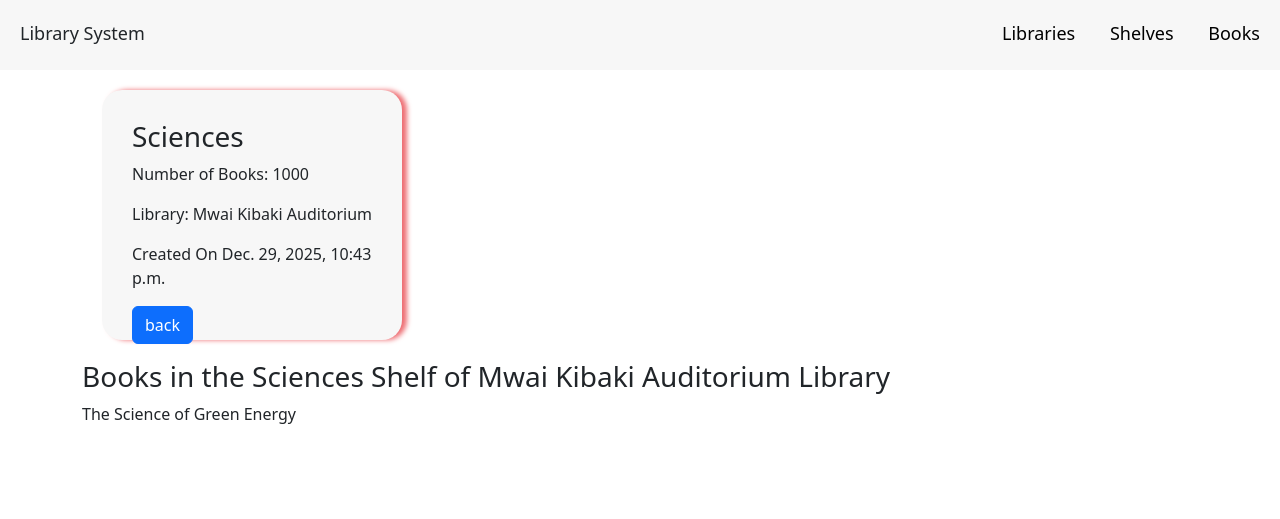
Repository: Mbote-Joseph/Library-Shelves-Books-Managements
Page: http://localhost/shelf-details/1
These files come from the project's save history. The page is drawn as it stood at one moment and after the next save; the edit follows.
The browser window is 1280 px wide. The pictures show the whole page.
The page is served by the project's application, run on Django 5.2 (manage.py). Other server files are loaded and not shown. The page reads the database file committed with the project.

Above is the page before, as saved 2026-01-01 20:43:27.

### books/templates/books/shelf_detailview.html
{% extends "base.html" %}

{% block title %}
    {{shelf.name}}
{% endblock %}


{% block content %}
<div class="container">
    <div class="shelf">
            <h3> {{shelf.label}} </h3>
            <p> Number of Books:  {{shelf.books_capacity}} </p>
            <p> Library:  {{shelf.library.name}} </p>
            <p> Created On {{shelf.created_on}} </p>
            <a class="btn btn-primary" href="{% url 'shelves' %}"> back  </a>
        </div>

        {% if books %}
        <h3> Books in the {{shelf.label}} Shelf of {{shelf.library.name }} Library </h3>
            {% for book in books %}
            <p> {{book.title}} </p>

            {% endfor %}

        {% else %}
            <p> No books in the {{shelf.label }} of {{shelf.library.name}} </p>
        {% endif %}

</div>
{% endblock %}

### static/templates/base.html
{% load static %}
<!doctype html>
<html lang="en">
  <head>
    <meta charset="utf-8">
    <meta name="viewport" content="width=device-width, initial-scale=1">
    <title>
        {% block title %}

        {% endblock %}
    </title>
    <link href="https://cdn.jsdelivr.net/npm/bootstrap@5.3.8/dist/css/bootstrap.min.css" rel="stylesheet" integrity="sha384-sRIl4kxILFvY47J16cr9ZwB07vP4J8+LH7qKQnuqkuIAvNWLzeN8tE5YBujZqJLB" crossorigin="anonymous">
    <link rel="stylesheet" type='text/css' href="{% static 'css/styles.css' %}">
  </head>
  <body>
    <nav class="nav">
      <span> Library System </span>
      <span>
        <ul>
          <a href="{% url 'libraries' %}"> Libraries </a>
          <a href="{% url 'shelves' %}"> Shelves </a>
          <a href="{% url 'books' %}"> Books </a>
        </ul>
      </span>

    </nav>

    {% block content %}

    {% endblock %}


    <script src="https://cdn.jsdelivr.net/npm/bootstrap@5.3.8/dist/js/bootstrap.bundle.min.js" integrity="sha384-FKyoEForCGlyvwx9Hj09JcYn3nv7wiPVlz7YYwJrWVcXK/BmnVDxM+D2scQbITxI" crossorigin="anonymous"></script>
  </body>
</html>

### books/models.py
from django.db import models

# Create your models here.
class Library(models.Model):
    name = models.CharField(max_length=50)
    students_capacity = models.IntegerField()
    location = models.CharField(max_length=100)
    created_on = models.DateTimeField(auto_now_add=True)

    def __str__(self):
        return f"{self.name} - {self.location}"

class Shelf(models.Model):
    label = models.CharField(max_length=50)
    books_capacity = models.CharField()
    library = models.ForeignKey(Library, on_delete=models.CASCADE, related_name='shelves')
    created_on = models.DateTimeField(auto_now_add=True)

    def __str__(self):
        return f"{self.label} On {self.library} Library"

class Book(models.Model):
    title = models.CharField(max_length=100)
    author = models.CharField(max_length=100)
    isbn = models.CharField(max_length=10)
    description = models.TextField()
    is_published = models.BooleanField(default=False)
    is_new = models.BooleanField(default=False)
    shelf = models.ForeignKey(Shelf, on_delete=models.CASCADE, related_name='books')

    def __str__(self):
        return f"{self.title} By {self.author}"

### books/views.py
from django.shortcuts import render
from django.views.generic import ListView, DetailView, CreateView

from books.forms import  BookForm, LibraryForm, ShelfForm

from .models import Library, Shelf, Book

# Create your views here.
class LibraryListView(ListView):
    model = Library
    context_object_name = "libraries"
    queryset = Library.objects.all()
    template_name = 'books/library_view.html'

class ShelfListView(ListView):
    model = Shelf
    context_object_name = "shelves"
    queryset = Shelf.objects.all()
    template_name = 'books/shelf_view.html'


class BookListView(ListView):
    model = Book
    context_object_name = "books"
    queryset = Book.objects.all()
    template_name = 'books/book_view.html'

class LibraryDetailView(DetailView):
    model = Library
    context_object_name = 'library'
    template_name = "books/library_detailview.html"

    def get_context_data(self, **kwargs):
        context = super().get_context_data(**kwargs)
        context['shelves'] = self.object.shelves.all()
        return context

class ShelfDetailView(DetailView):
    model = Shelf
    context_object_name = 'shelf'
    template_name = 'books/shelf_detailview.html'

    def get_context_data(self, **kwargs):
        context = super().get_context_data(**kwargs)
        context['books'] = self.object.books.all()
        return context

class BookDetailView(DetailView):
    model = Book
    context_object_name = 'book'
    template_name = 'books/book_detailview.html'

class LibraryCreate(CreateView):
    model = Library
    context_object_name = 'library'
    form_class = LibraryForm
    http_method_names = ['get', 'post', 'put', 'patch', 'delete', 'head', 'options', 'trace']
    template_name = "books/library_form.html"
    success_url = 'libraries'


class ShelfCreate(CreateView):
    model = Shelf
    context_object_name = 'shelf'
    form_class = ShelfForm
    http_method_names = ['get', 'post', 'put', 'patch', 'delete', 'head', 'options', 'trace']
    template_name = "books/shelf_form.html"
    success_url = 'shelf'

class BookCreate(CreateView):
    model = Book
    form_class = BookForm
    context_object_name = 'book'
    http_method_names = ['get', 'post', 'put', 'patch', 'delete', 'head', 'options', 'trace']
    template_name = 'books/book_form.html'
    success_url = 'book'

### learn/urls.py
"""
URL configuration for learn project.

The `urlpatterns` list routes URLs to views. For more information please see:
    https://docs.djangoproject.com/en/6.0/topics/http/urls/
Examples:
Function views
    1. Add an import:  from my_app import views
    2. Add a URL to urlpatterns:  path('', views.home, name='home')
Class-based views
    1. Add an import:  from other_app.views import Home
    2. Add a URL to urlpatterns:  path('', Home.as_view(), name='home')
Including another URLconf
    1. Import the include() function: from django.urls import include, path
    2. Add a URL to urlpatterns:  path('blog/', include('blog.urls'))
"""
from django.contrib import admin
from django.urls import path, include

urlpatterns = [
    path('admin/', admin.site.urls),
    path('', include('books.urls'))
]

### books/urls.py
from django.urls import path

from books.views import BookCreate, BookDetailView, BookListView, LibraryDetailView, LibraryListView, ShelfCreate, ShelfDetailView, ShelfListView, LibraryCreate

urlpatterns = [
    path('', LibraryListView.as_view(), name = 'libraries'),
    path('libraries', LibraryListView.as_view(), name = 'libraries'),
    path('shelf', ShelfListView.as_view(), name = 'shelves'),
    path('book', BookListView.as_view(), name="books"),
    path("library-details/<int:pk>", LibraryDetailView.as_view(), name="library.details"),
    path('shelf-details/<int:pk>', ShelfDetailView.as_view(), name="shelf.details"),
    path("book-details/<int:pk>", BookDetailView.as_view(), name = "book.details"),
    path('library-create', LibraryCreate.as_view(), name="library.create"),
    path('shelf-create', ShelfCreate.as_view(), name="shelf.create"),
    path('book-create', BookCreate.as_view(), name="book.create"),
]

### static/css/styles.css
/**
 * Copyright 2025 josephmbote
 *
 * Licensed under the Apache License, Version 2.0 (the "License");
 * you may not use this file except in compliance with the License.
 * You may obtain a copy of the License at
 *
 *     https://www.apache.org/licenses/LICENSE-2.0
 *
 * Unless required by applicable law or agreed to in writing, software
 * distributed under the License is distributed on an "AS IS" BASIS,
 * WITHOUT WARRANTIES OR CONDITIONS OF ANY KIND, either express or implied.
 * See the License for the specific language governing permissions and
 * limitations under the License.
 */

.nav{
    left: 0;
    top: 0;
    width: 100%;
    background-color: #f7f7f7;
    font-size: large;
    font-style: 'Times New Roman';
    height: 70px;
    padding: 20px;
    display: flex;
    justify-content: space-between;
}
.nav a{
    margin-left: 30px;
    text-decoration: none;
    color: black;
}

.library {
    min-width: 300px;
    /* min-width: 200px; */
    height: 250px;
    /* max-height: 400px; */
    background-color: #f7f7f7;
    box-shadow: 5px 0 5px 0 #ee6e73;
    border: none;
    margin: 20px;
    padding: 30px;
    border-radius: 20px;
}

.cards{
    display: flex;
    flex-wrap: wrap;

}

.shelf {
    width: 300px;
    /* min-width: 200px; */
    height: 250px;
    /* max-height: 400px; */
    background-color: #f7f7f7;
    box-shadow: 5px 0 5px 0 #ee6e73;
    border: none;
    margin: 20px;
    padding: 30px;
    border-radius: 20px;
}

.book {
    width: 300px;
    /* min-width: 200px; */
    height: 300px;
    /* max-height: 400px; */
    background-color: #f7f7f7;
    box-shadow: 5px 0 5px 0 #ee6e73;
    border: none;
    margin: 20px;
    padding: 30px;
    border-radius: 20px;
}

### db.sqlite3 (the tables this page reads, as SQL)
CREATE TABLE "books_book" ("id" integer NOT NULL PRIMARY KEY AUTOINCREMENT, "title" varchar(100) NOT NULL, "author" varchar(100) NOT NULL, "isbn" varchar(10) NOT NULL, "description" text NOT NULL, "is_published" bool NOT NULL, "is_new" bool NOT NULL, "shelf_id" bigint NOT NULL REFERENCES "books_shelf" ("id") DEFERRABLE INITIALLY DEFERRED);
INSERT INTO "books_book" VALUES
(1, 'The Science of Green Energy', 'Joseph Mbote', 'qwe1234', 'The Book that describes how the world energy can be recycled', 1, 0, 1),
(2, 'Maths for Science', 'Audery Bii', 'MfS001', 'Mathematics for Science Volume 2 New Edition', 0, 0, 2),
(3, 'Gifted Hands', 'Ben Carson', 'BC001', 'The book that talk on the Gifts , Talents and Career', 0, 0, 3);

CREATE TABLE "books_library" ("id" integer NOT NULL PRIMARY KEY AUTOINCREMENT, "name" varchar(50) NOT NULL, "students_capacity" integer NOT NULL, "location" varchar(100) NOT NULL, "created_on" datetime NOT NULL);
INSERT INTO "books_library" VALUES
(1, 'Mwai Kibaki Auditorium', 100, 'Administration Block', '2025-12-29 22:41:55.696199'),
(2, 'Nelson Mandela Anex', 85, 'NSC', '2025-12-29 22:42:34.244470'),
(3, 'JM Kariuku Wing', 75, 'SCC Department', '2025-12-30 11:00:04.766333'),
(4, 'Joseph Mbote STEM Library', 56, 'Technology House', '2025-12-31 18:37:10.968556'),
(5, 'Computer Science Library', 50, 'SCC', '2025-12-31 18:39:11.248294'),
(6, 'Grade 1', 20, 'Nairobi Annex', '2025-12-31 18:41:43.779190');

CREATE TABLE "books_shelf" ("id" integer NOT NULL PRIMARY KEY AUTOINCREMENT, "label" varchar(50) NOT NULL, "books_capacity" varchar NOT NULL, "created_on" datetime NOT NULL, "library_id" bigint NOT NULL REFERENCES "books_library" ("id") DEFERRABLE INITIALLY DEFERRED);
INSERT INTO "books_shelf" VALUES
(1, 'Sciences', '1000', '2025-12-29 22:43:06.109364', 1),
(2, 'Maths', '500', '2025-12-30 11:05:21.466271', 3),
(3, 'Website for Emirati-heritage-artifact.rf.gd', '1000', '2025-12-31 18:53:06.133470', 1),
(4, 'Sciences', '1000', '2025-12-31 19:54:00.426027', 2),
(5, 'Sciences', '1000', '2025-12-31 19:54:25.057330', 2);

After the next save:
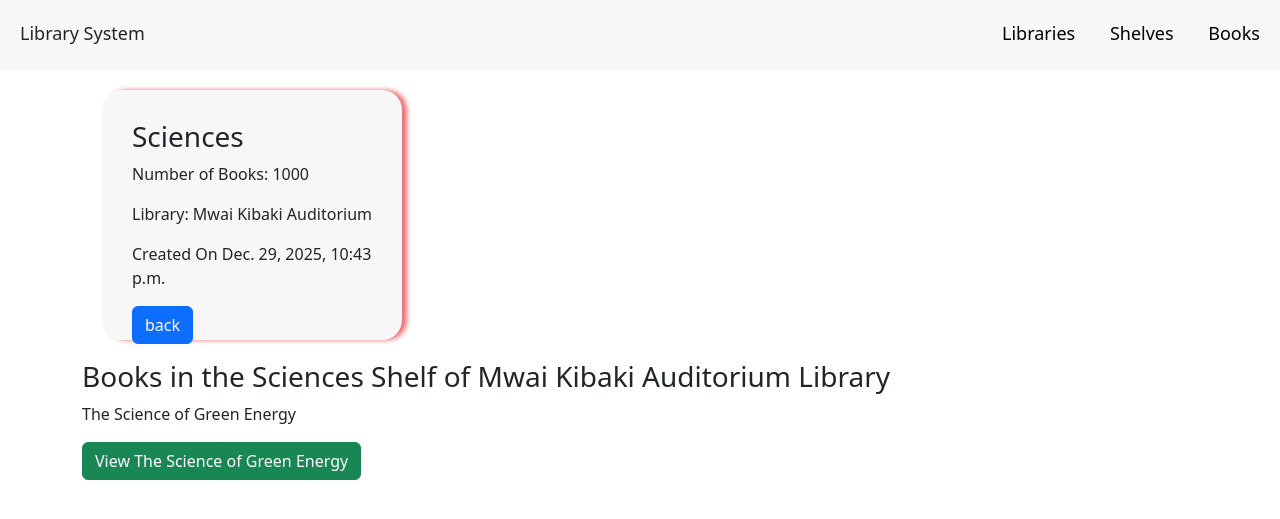
Saved 8 min 45 s later.
--- a/books/templates/books/shelf_detailview.html
+++ b/books/templates/books/shelf_detailview.html
@@ -19,7 +19,7 @@
         <h3> Books in the {{shelf.label}} Shelf of {{shelf.library.name }} Library </h3>
             {% for book in books %}
             <p> {{book.title}} </p>
-
+                <a href="{% url 'book.details' book.id %}" class="btn btn-success"> View {{book.title}} </a>
             {% endfor %}
 
         {% else %}
